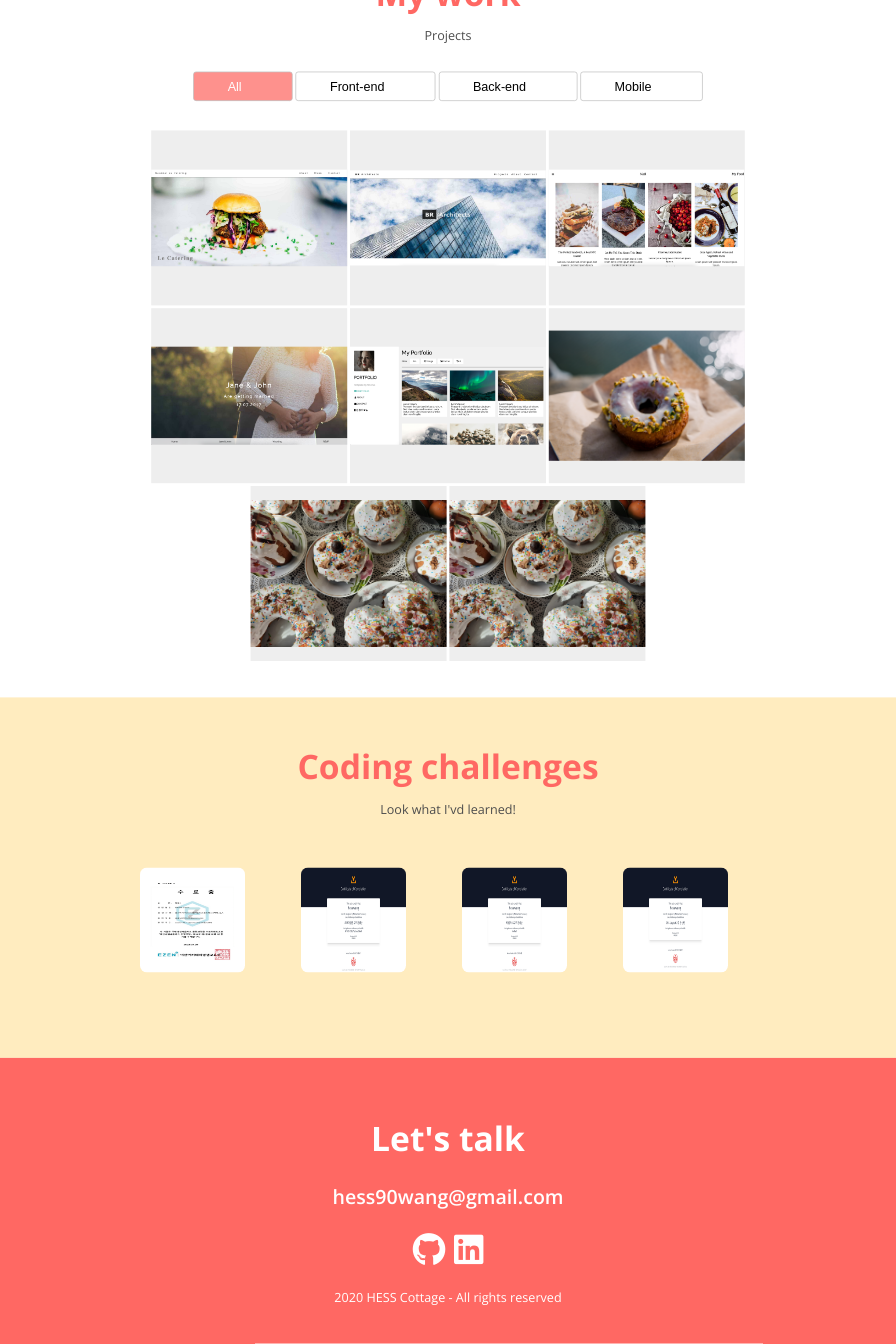
Repository: hesshess/Portfolio
Page: index.html
An editor plug-in stored every save of this project. The page is shown before and after the next save, followed by the edit.
The browser window is 1280 px wide. The pictures show the part of the page from y = 1455 to 3375 px (the page is 3375 px tall), at 70% of full size.
Some web libraries are served in a nearby version.

Above is the page before, as saved 2022-10-19 11:46:55.

### index.html
<!DOCTYPE html>
<html lang="en">
  <head>
    <meta charset="UTF-8" />
    <meta name="viewport" content="width=device-width, initial-scale=1.0" />
    <title>Hess's Portfolio</title>
    <meta
      name="description"
      content="Portfolio for world-renowed software engineer Hess"
    />
    <meta name="author" content="Hess" />
    <link rel="icon" type="image/png" href="imgs/favicon.png" />
    <script
      src="https://kit.fontawesome.com/1af2041847.js"
      crossorigin="anonymous"
    ></script>
    <link
      href="https://fonts.googleapis.com/css2?family=Amatic+SC:wght@400;700&family=Open+Sans:wght@400;600;700&display=swap"
      rel="stylesheet"
    />
    <link rel="stylesheet" href="style.css" />
    <script src="main.js" defer></script>
  </head>
  <body>
    <!-- Navbar -->
    <nav id="navbar">
      <div class="navbar__logo">
        <i class="fas fa-home"></i>
        <a href="#">Hess</a>
      </div>
      <div class="navbar__menu">
        <ul class="navbar__menu">
          <li class="navbar__menu__item active" data-link="#home">Home</li>
          <li class="navbar__menu__item" data-link="#about">About</li>
          <li class="navbar__menu__item" data-link="#work">My Work</li>
          <li class="navbar__menu__item" data-link="#testimonials">
            Certificate
          </li>
          <li class="navbar__menu__item" data-link="#contact">Contact</li>
        </ul>
      </div>
      <!-- Toggle button -->
      <button class="navbar__toggle-btn">
        <i class="fas fa-bars"></i>
      </button>
    </nav>
    <!-- Home -->
    <section id="home">
      <div class="home__container">
        <img
          src="imgs/profile.JPG"
          alt="Hess's profile Photo"
          class="home__avatar"
        />

        <h1 class="home__title">Hello, <br />I'm Hess Wang</h1>
        <h2 class="home__description">
          A Softerware Engineer currently residing in Seoul, South Korea.
        </h2>
        <button class="home__contact" data-link="#contact">Contact Me</button>
      </div>
    </section>

    <!-- About -->

    <section id="about" class="section section__container">
      <h1>About me</h1>
      <p>Enthusiasic Fast Learner who's also interested in Back-end</p>
      <div class="about__majors">
        <div class="major">
          <div class="major__icon">
            <i class="fab fa-react"></i>
          </div>
          <h2 class="major__title">Front-end</h2>
          <div class="major__description">
            HTML, CSS, JavaScript, ReactJS
          </div>
        </div>
        <div class="major">
          <div class="major__icon">
            <i class="fab fa-js"></i>
          </div>
          <h2 class="major__title">Back-end</h2>
          <div class="major__description">
            JavaScript, NodeJS, Rest APIs, MySQL
          </div>
        </div>
      </div>
    </section>


    <!-- Work -->
    <section id="work" class="section">
      <div class="section__container">
        <h1>My work</h1>
        <h3>Projects</h3>
        <div class="work__categories">
          <button class="category__btn active" data-filter="*">
            All<span class="category__count">8</span>
          </button>
          <button class="category__btn" data-filter="front-end">
            Front-end<span class="category__count">3</span>
          </button>
          <button class="category__btn" data-filter="back-end">
            Back-end<span class="category__count">3</span>
          </button>
          <button class="category__btn" data-filter="mobile">
            Mobile<span class="category__count">2</span>
          </button>
        </div>

        <div class="work__projects">
          <a
          href="https://hesshess.github.io/clonecoding-assignment/1-gourtmet-au-catering/template1.html"
          class="project"
          target="blank"
          data-type="front-end"
        >
          <img
            src="./imgs/work/template1.png"
            alt="Youtube"
            class="project__img"
          />
          <div class="project__description">
            <h3>Youtube Site</h3>
            <span>Clone coding with HTML and CSS</span>
          </div>
        </a>
        <a
          href="https://hesshess.github.io/clonecoding-assignment/2-ba-architects/template2.html"
          class="project"
          target="blank"
          data-type="front-end"
        >
          <img
            src="./imgs/work/template2.png"
            alt="Youtube"
            class="project__img"
          />
          <div class="project__description">
            <h3>Youtube Site</h3>
            <span>Clone coding with HTML and CSS</span>
          </div>
        </a>
        <a
          href="https://hesshess.github.io/clonecoding-assignment/3-food-blog/template3.html"
          class="project"
          target="blank"
          data-type="front-end"
        >
          <img
            src="./imgs/work/template3.png"
            alt="Youtube"
            class="project__img"
          />
          <div class="project__description">
            <h3>Youtube Site</h3>
            <span>Clone coding with HTML and CSS</span>
          </div>
        </a>
        <a
          href="https://hesshess.github.io/clonecoding-assignment/4-wedding-invitation/template4.html"
          class="project"
          target="blank"
          data-type="front-end"
        >
          <img
            src="./imgs/work/template4.png"
            alt="Youtube"
            class="project__img"
          />
          <div class="project__description">
            <h3>Youtube Site</h3>
            <span>Clone coding with HTML and CSS</span>
          </div>
        </a>
        <a
          href="https://hesshess.github.io/clonecoding-assignment/5-nature-portfolio/template5.html"
          class="project"
          target="blank"
          data-type="front-end"
        >
          <img
            src="./imgs/work/template5.png"
            alt="Youtube"
            class="project__img"
          />
          <div class="project__description">
            <h3>Youtube Site</h3>
            <span>Clone coding with HTML and CSS</span>
          </div>
        </a>
          <a
            href="깃허브링크"
            class="project"
            target="blank"
            data-type="back-end"
          >
            <img src="imgs/projects/2.jpg" alt="Youtube" class="project__img" />
            <div class="project__description">
              <h3>Youtube Site</h3>
              <span>Clone coding with HTML and CSS</span>
            </div>
          </a>
          <a
            href="깃허브링크"
            class="project"
            target="blank"
            data-type="mobile"
          >
            <img src="imgs/projects/3.jpg" alt="Youtube" class="project__img" />
            <div class="project__description">
              <h3>Youtube Site</h3>
              <span>Clone coding with HTML and CSS</span>
            </div>
          </a>
          <a
            href="깃허브링크"
            class="project"
            target="blank"
            data-type="mobile"
          >
            <img src="imgs/projects/3.jpg" alt="Youtube" class="project__img" />
            <div class="project__description">
              <h3>Youtube Site</h3>
              <span>Clone coding with HTML and CSS</span>
            </div>
          </a>
        </div>
      </div>
    </section>
    <!-- Testimonials -->
    <section id="testimonials" class="section">
      <div class="section__container">
        <h1>Coding challenges</h1>
        <h3>Look what I'vd learned!</h3>
        <div class="testimonials">
          <div class="testimonial">
            <img
              src="imgs/testimonial/certificate1.jpg"
              class="testimonial__avatar"
            />
            <div class="testimonial__description">
              <h3>이젠 - 풀스택 웹개발자 6개월 과정</h3>
              <span>HTML, CSS, Javascript, React, Node, MySQL</span>
            </div>
          </div>

          <div class="testimonial">
            <img
              src="imgs/testimonial/nomad1.jpg"
              class="testimonial__avatar"
            />
            <div class="testimonial__description">
              <h3>노마드코드 - 카카오 클론 2주 챌린지</h3>
              <span>HTML5, CSS3, Flexbox, Github</span>
          </div>
          </div>
          <div class="testimonial">
            <img
              src="imgs/testimonial/nomad2.jpg"
              class="testimonial__avatar"
            />
            <div class="testimonial__description">
              <h3>노마드코드 - 바닐라 JS 2주 챌린지</h3>
              <span>HTML5, CSS3, VanillaJS</span>
          </div></div>
          <div class="testimonial">
            <img
              src="imgs/testimonial/nomad3.jpg"
              class="testimonial__avatar"
            />
            <div class="testimonial__description">
              <h3>노마드코드 - CSS LAYOUT 2주 챌린지</h3>
              <span>Flexbox, Grid, Scss</span>
          </div>
        </div>
      </div>
    </section>
    <!-- Contact -->
    <section id="contact" class="section">
      <h1 class="contact__title">Let's talk</h1>
      <h2>
        <a href="mailto:hess90wang@gmail.com" class="contact__email"
          >hess90wang@gmail.com</a
        >
      </h2>
      <div class="contact__links">
        <a href="https://github.com/hesshess" target="_blank">
          <i class="fab fa-github"></i>
        </a>
        <a
          href="https://www.linkedin.com/in/hess-wang-294197254/"
          target="_blank"
        >
          <i class="fa fa-linkedin-square"></i
        ></a>
      </div>
      <p class="contact__rights">2020 HESS Cottage - All rights reserved</p>
    </section>

    <!-- Arrow up -->
    <button class="arrow-up">
      <i class="fas fa-arrow-up"></i>
    </button>
  </body>
</html>

### style.css
/* Global */
:root {
  /* Color */

  --color-white: #ffffff;

  --color-light-white: #eeeeee;

  --color-dark-white: #bdbdbd;

  --color-pink: #fe918d;

  --color-dark-pink: #ff6863;

  --color-dark-grey: #4d4d4d;

  --color-grey: #616161;

  --color-light-grey: #7c7979;

  --color-blue: #73aace;

  --color-yellow: #fff7d1;

  --color-orange: #feb546;

  --color-black: #000000;

  /* Font size */

  --font-large: 48px;

  --font-medium: 28px;

  --font-regular: 18px;

  --font-small: 16px;

  --font-micro: 14px;

  /* Font weight */

  --weight-bold: 700;

  --weight-semi-bold: 600;

  --weight-regular: 400;

  /* Size */
  --size-border-radius: 4px;

  /* Animation */
  --animation-duration: 300ms;
}

/* Universal tags */
* {
  box-sizing: border-box;
}

body {
  margin: 0;
  font-family: "Open Sans", sans-serif;
  cursor: default;
}

a {
  text-decoration: none;
  color: var(--color-white);
}
ul {
  list-style: none;
  padding-left: 0;
}
li {
  list-style: none;
}

button {
  background-color: transparent;
  cursor: pointer;
  border: none;
  outline: none;
}

/* Typography */
h1 {
  font-size: var(--font-large);
  font-weight: var(--weight-bold);
  color: var(--color-dark-pink);
  margin: 16px 0;
}

h2 {
  font-size: var(--font-medium);
  font-weight: var(--weight-semi-bold);
  color: var(--color-dark-grey);
  margin: 8px 0;
}

h3 {
  font-size: var(--font-regular);
  font-weight: var(--weight-regular);
  color: var(--color-dark-grey);
  margin: 8px 0;
}

p {
  font-size: var(--font-regular);
  font-weight: var(--weight-regular);
  color: var(--color-light-grey);
  margin: 4px 0;
}

/* Navbar */
#navbar {
  position: fixed;
  width:100%;
  display: flex;
  justify-content: space-between;
  background-color: transparent;
  align-items: center;
  color: var(--color-dark-white);
  padding: 10px;
  transition: all var(--animation-duration) ease-in-out;
  z-index:1;
}
#navbar.navbar--dark{
  background-color: var(--color-pink);
  color:var(--color-white);
  padding: 5px;

}
.navbar__menu {
  display: flex;
  margin: 4px 0;
}

.navbar__logo {
  font-size: var(--font-medium);
  font-weight: var(--weight-semi-bold);
  padding-left: 10px;
}
.navbar__menu__item {
  padding: 4px 6px;
  margin: 0 4px;
  cursor: pointer;
  border-radius: var(--size-border-radius);
}

.navbar__menu__item.active {
  border: 1.5px solid var(--color-pink);
}

.navbar__menu__item:hover {
  background-color: var(--color-dark-pink);
  border-radius: var(--size-border-radius);
}

.navbar__toggle-btn{
  position: absolute;
  top:10px;
  right:16px;
  font-size: 24px;
  color:var(--color-white);
  display:none;

}

/* Home */
#home {
  background: url("imgs/home-background.png") center/cover no-repeat;
  padding: 40px;
  padding-top:120px;
  text-align: center;
}

.home__avatar {
  width: 250px;
  height: 250px;
  border-radius: 50%;
  border: 3px solid var(--color-pink);
}

.home__title,
.home__description {
  color: var(--color-light-grey);
}
.home__contact {
  color: var(--color-grey);
  font-size: var(--font-regular);
  font-weight: var(--weight-bold);
  margin: 24px;
  padding: 8px 12px;
  border: 2px solid var(--color-light-grey);
  border-radius: var(--size-border-radius);
}

/* Section Common*/
.section {
  text-align: center;
  padding: 50px;
  margin: auto;
}

.section__container {
  max-width: 1000px;
  margin: auto;
}

/* About */
.about__majors {
  display: flex;
  justify-content: space-around;
  margin: 80px 0;
}


.major__icon {
  width: 170px;
  height: 170px;
  font-size: 70px;
  line-height: 170px;
  color: var(--color-dark-pink);
  margin: auto;
  border: 1px solid var(--color-dark-pink);
  border-radius: 50%;
  margin-bottom: 16px;
}

.major__icon i {
  transition: all var(--animation-duration) ease;
}

.major__icon:hover i {
  color: var(--color-pink);
  transform: rotate(30deg) scale(1.2);
}

.major__title,
.major__description {
  color: var(--color-dark-grey);
}

.major__description {
  font-size: var(--font-small);
}

.job {
  display: flex;
  align-items: center;
}

.job__description {
  margin: 0 16px;
  text-align: left;
}

.job__name,
.job__period {
  color: var(--color-light-grey);
}

.job__name {
  font-size: var(--font-small);
}

.job__period {
  font-size: var(--font-micro);
}

.job__logo {
  width: 80px;
  height: 80px;
  border-radius: 50%;
  margin-right: 20px;
}

/* Skill */
#skills {
  background-color: var(--color-yellow);
}

.skillset {
display: flex;
background-color:var(--color-light-grey);
color:var(--color-light-white);
margin:20px 0;
}

.skillset__title{
    color:var(--color-white);

}

.skillset__left{
flex-basis: 60%;
background-color:var(--color-dark-grey);
padding: 20px 40px;
}

.skill{
  margin-bottom: 32px;
}

.skill__description{
    display:flex;
    justify-content: space-between;

}

.skill__bar{
  width: 100%;
  height:3px;
  background-color: var(--color-grey);

}
.skill__value{
  height:3px;
  background-color: var(--color-orange);
}

.skillset__right{
flex-basis: 40%;
}

.tools {
    background-color: var(--color-grey);
}

.tools, .etx{
  padding: 20px;
}

/* Work */


.work__categories {
  margin:40px;
}
.category__btn{
  border: 1px solid var(--color-dark-white);
  border-radius:  var(--size-border-radius);
  font-size:var(--font-regular);
  padding: 8px 48px;
}

.category__btn.active, .category__btn:hover{
  background-color: var(--color-pink);
  color: var(--color-white);
}

.category__btn .active .category__count,.category__btn:hover .category__count {
  opacity: 1;
  top: 0;
}



.category__count{
  background-color: var(--color-orange);
  border-radius: 50%;
  color:var(--color-white);
  width:24px;
  height:24px;
  display: inline-block;
  line-height: 24px ;
  position:relative;
  top: -20px;
  left:4px;
  opacity:0;
  transition: all var(--animation-duration) ease-in;

}

 .work__projects{
   display:flex;
   flex-wrap:wrap;
   justify-content: center;
   opacity:1;
   transition: all var(--animation-duration) ease-out;

 }
 .work__projects.anim-out{
   opacity:0;
   transform: scale(0.96) translateY(40px);
 }

 .project {
   position: relative;
   display:flex;
   justify-content: center;
   align-items: center;
   width:280px;
   height:250px;
   margin:2px;
   background-color: var(--color-light-white);

 }
 .project.invisible{
   display:none;
 }

 .project__img{
   max-width:100%;
   max-height:100%;
 }

 .project__description, .testimonial__description{
   position: absolute;
   background-color: black;
   display: flex;
   flex-direction: column;
   justify-content: center;
   width:100%;
   height:100%;
   top:0;
   left:0;
   opacity:0;
   transform:translateY(10px);
   transition: all var(--animation-duration) ease-in;
 }
 .testimonial__description{
  padding: 10px;
  font-size: 0.7em;
  width:150px;
  height:150px;
  border-radius: 10px;
  color:var(--color-white);
 }

 .project:hover .project__description{
opacity:0.8;
transform:translateY(0px);
 }

 .testimonial:hover .testimonial__description{
  opacity:0.8;
  transform:translateY(0px);
   }

 .project__description h3{
   color:var(--color-white);
 }

 .project__description h3:after{
   display: block;
   content:'';
   position: relative;
   left:50%;
   width:25px;
   height:2px;
   margin-left: -12px;
   margin-top: 8px;
   background-color: var(--color-dark-white);
 }


/* testimonial */
#testimonials{
  background-color: #FFECBF;

}

.testimonials {
  margin: 40px;
  display: flex;
  justify-content: space-around;
}

.testimonial{
  display: flex;
margin:32px 0;
transition: all var(--animation-duration) ease-in;
}
.testimonial:hover {
  transform: scale(1.5);
}
.testimonial .project__description{
  opacity:0.8;
  transform:translateY(0px);
   }

.testimonial__avatar{
  width:150px;
  height:150px;
  border-radius: 10px;

}
.testimonial__avatar:nth-child(odd){
  margin-right:40px;
}
.testimonial__avatar:nth-child(even){
  margin-left:40px;
}

.testimonial__speech-bubble{
  padding:18px;
  background-color: var(--color-white);
  border-radius: var(--size-border-radius);
}

.testimonial__speech-bubble p {
  color: var(--color-light-grey);

}

.testimonial__speech-bubble a{
  color: var(--color-pink);
}

/* Contact */

#contact{
  background-color: var(--color-dark-pink);


}
.contact__title, .contact__email, .contact__rights{
  color: var(--color-white);
}

.contact__title{
  margin: 32px 0;

}

.contact__links{
  font-size: var(--font-large);
  margin: 24px 0px;
  transition: all var(--animation-duration) ease-in;

}

.contact__links i:hover {
  transform: scale(1.3);
  color:var(--color-orange);

}


/* Scroll */
.arrow-up{
  position:fixed;
  bottom: 50px;
  right:50px;
  width:70px;
  height:70px;
  font-size: 50px;
  background-color: var(--color-pink);
  color: var(--color-white);
  border-radius: 50%;
  opacity:0;
  pointer-events: none ;
  transition: all var(--animation-duration) ease-in
}

.arrow-up.visible {
  opacity:1;
  pointer-events: auto;
}


/* For below 768px screen width */

@media screen and (max-width:768px){
.navbar__toggle-btn{
  display:block;

}
#navbar{
  font-display: column;
align-items:flex-start;
}
.navbar__menu{
  flex-direction: column;
  text-align: center;
  width:100%;
  display:none;

}

.about__majors{
  flex-direction: column;

}
.major{
margin-bottom: 38px;

}

.skillset {
  flex-direction: column;

}

.project{
  flex-grow: 1;
}

.testimonial__avatar{
  width:80px;
  height:80px;
}



}

Loaded but not shown: main.js (81 lines, source omitted)

After the next save:
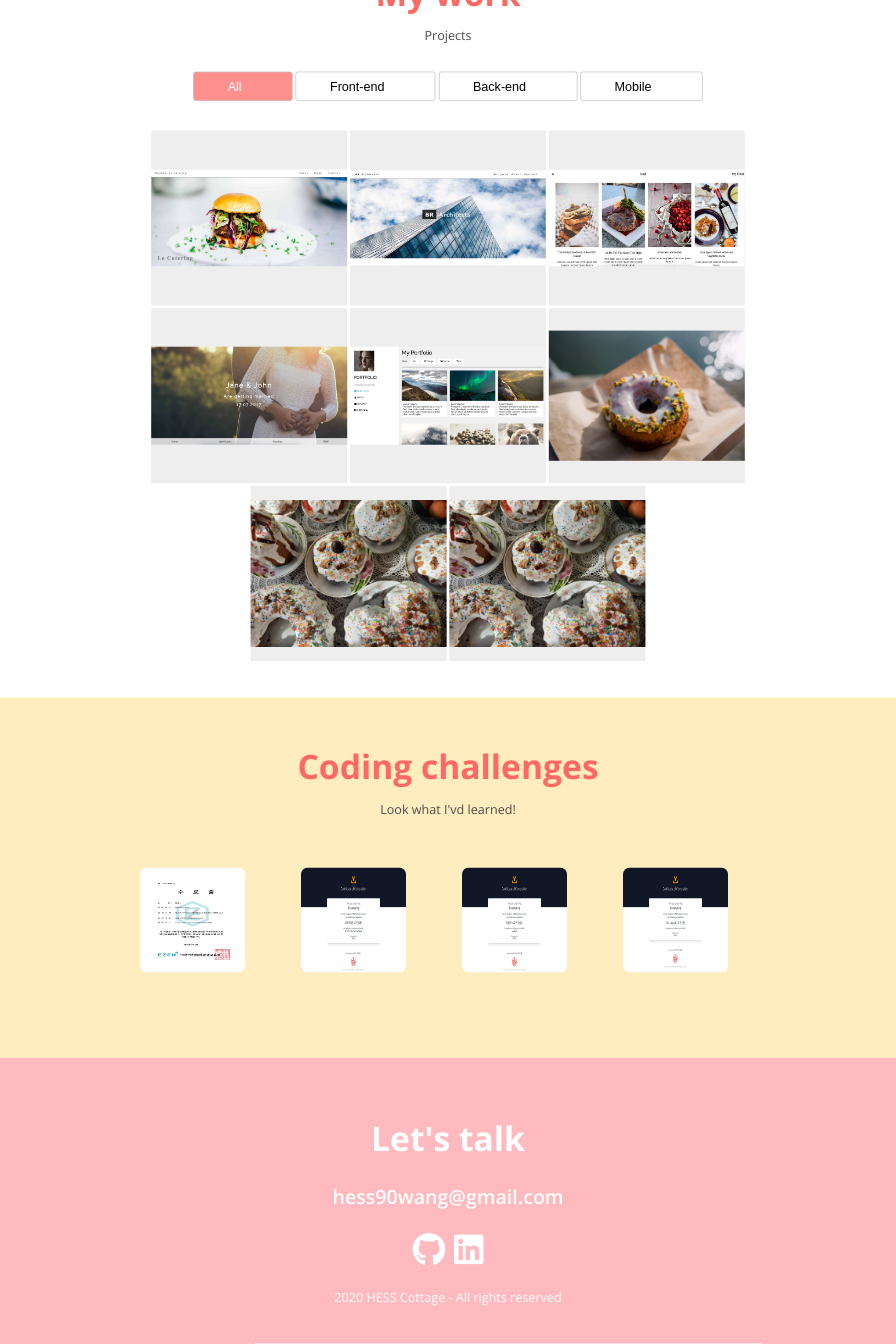
Saved 53 s later.
--- a/style.css
+++ b/style.css
@@ -512,7 +512,7 @@
 /* Contact */
 
 #contact{
-  background-color: var(--color-dark-pink);
+  background-color: #FFBABF;
 
 
 }

After the save that followed:
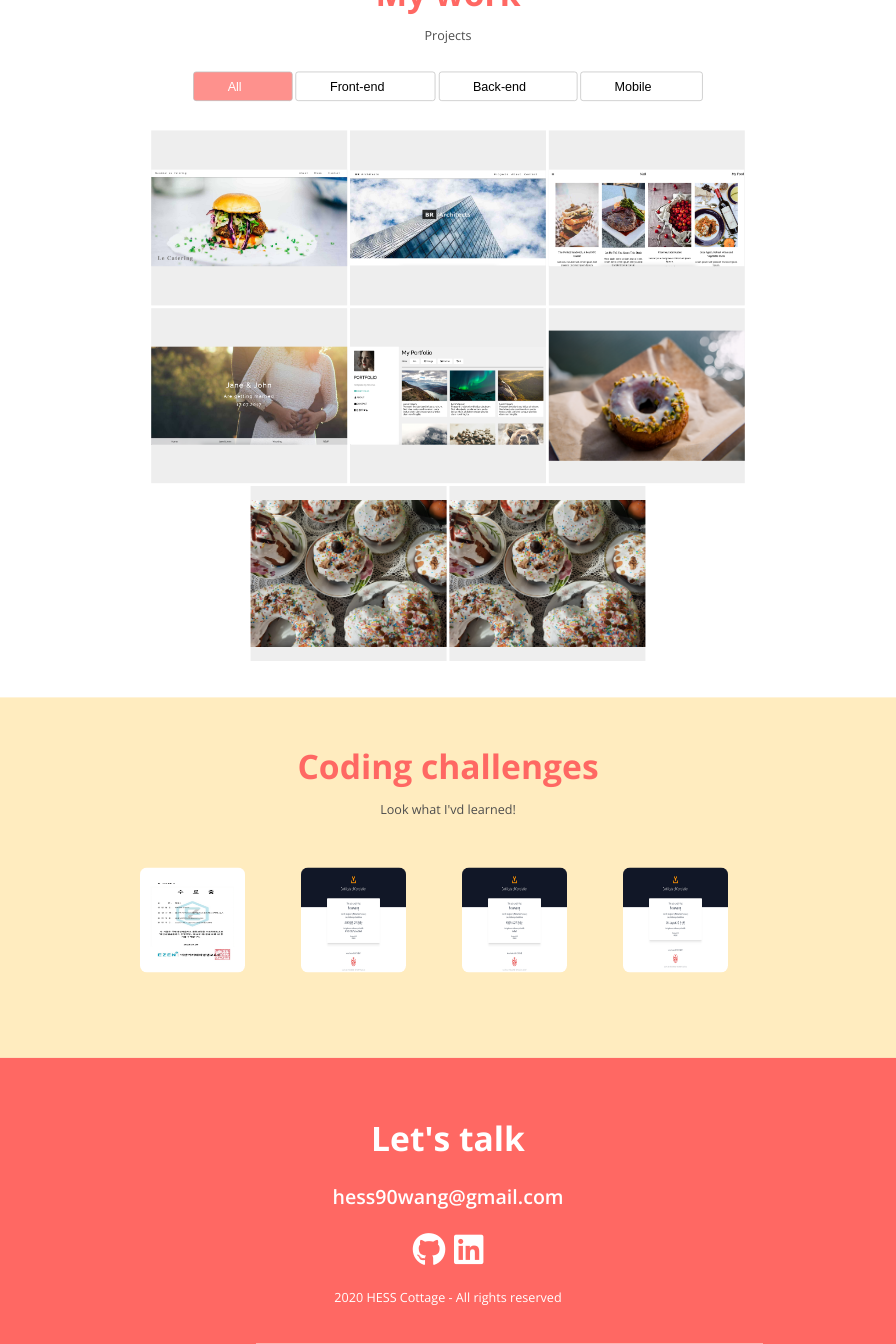
Saved 57 s later.
--- a/style.css
+++ b/style.css
@@ -512,7 +512,7 @@
 /* Contact */
 
 #contact{
-  background-color: #FFBABF;
+  background-color: var(--color-dark-pink);
 
 
 }
